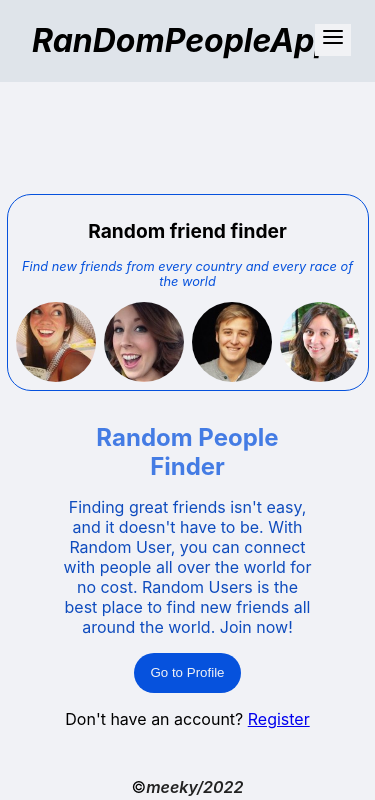
Repository: MikkyPrestige/RandomProfiles
Page: /
The author's editor kept a copy of each file at every save. The page is drawn from the files as they stood at one save, then again after the next save.
The browser window is 375 px wide. The pictures show the whole page.
The project was rebuilt for these pictures with package versions that can differ from the ones it lists, and the page was loaded fresh each time. Also part of the build but not shown: src/components/users.jsx, src/assets/styles/search.css, src/components/search.jsx, src/assets/styles/help.css, src/components/help.jsx, src/assets/styles/about.css, src/components/about.jsx, src/assets/styles/error.css and 9 more.

Above is the page before, as saved 2022-12-06 23:00:59.

### public/index.html
<!DOCTYPE html>
<html lang="en">

<head>
  <meta charset="utf-8" />
  <link rel="icon" href="%PUBLIC_URL%/favicon.ico" />
  <meta name="viewport" content="width=device-width, initial-scale=1" />
  <meta name="theme-color" content="#000000" />
  <meta name="description" content="Web site created using create-react-app" />
  <link rel="apple-touch-icon" href="%PUBLIC_URL%/logo192.png" />
  <!--
      manifest.json provides metadata used when your web app is installed on a
      user's mobile device or desktop. See https://developers.google.com/web/fundamentals/web-app-manifest/
    -->
  <link rel="manifest" href="%PUBLIC_URL%/manifest.json" />
  <!--
      Notice the use of %PUBLIC_URL% in the tags above.
      It will be replaced with the URL of the `public` folder during the build.
      Only files inside the `public` folder can be referenced from the HTML.

      Unlike "/favicon.ico" or "favicon.ico", "%PUBLIC_URL%/favicon.ico" will
      work correctly both with client-side routing and a non-root public URL.
      Learn how to configure a non-root public URL by running `npm run build`.
    -->
  <title>AltSchool Assignment 2</title>
</head>

<body>
  <noscript>You need to enable JavaScript to run this app.</noscript>
  <div id="root"></div>
  <!--
      This HTML file is a template.
      If you open it directly in the browser, you will see an empty page.

      You can add webfonts, meta tags, or analytics to this file.
      The build step will place the bundled scripts into the <body> tag.

      To begin the development, run `npm start` or `yarn start`.
      To create a production bundle, use `npm run build` or `yarn build`.
    -->
</body>

</html>

### src/index.css
body {
  margin: 0;
  font-family: -apple-system, BlinkMacSystemFont, 'Segoe UI', 'Roboto', 'Oxygen',
    'Ubuntu', 'Cantarell', 'Fira Sans', 'Droid Sans', 'Helvetica Neue',
    sans-serif;
  -webkit-font-smoothing: antialiased;
  -moz-osx-font-smoothing: grayscale;
  background-color: #f1f2f6;
}

code {
  font-family: source-code-pro, Menlo, Monaco, Consolas, 'Courier New',
    monospace;
}

### src/App.jsx
import * as React from "react";
import { ErrorBoundary } from "react-error-boundary";
import { Route, Routes } from "react-router-dom";
import {
  Layout,
  Home,
  Users,
  Search,
  Help,
  About,
  Error,
  ErrorFallBack,
  Profile,
  ProfileDisplay,
  Register,
  UpdatePassword,
  Footer,
} from "./components";

const App = () => {
  return (
    <div className="App">
      <main>
        <ErrorBoundary FallbackComponent={ErrorFallBack}>
          <Layout />
          <Routes>
            <Route path="/" element={<Home />} />
            <Route path="users">
              <Route index element={<Users />} />
              <Route path=":id" element={<Search />} />
            </Route>
            <Route path="profile" element={<Profile />} />
            <Route path="profileDisplay" element={<ProfileDisplay />} />
            <Route path="register" element={<Register />} />
            <Route path="update" element={<UpdatePassword />} />
            <Route path="help" element={<Help />} />
            <Route path="about" element={<About />} />
            <Route path="*" element={<Error />} />
          </Routes>
        </ErrorBoundary>
        <Footer />
      </main>
    </div>
  );
};

export default App;

### src/components/index.js
export {  Layout, Back } from "./layout";
export { default as Home } from "./home";
export { default as Users } from "./users";
export { default as Search } from "./search";
export { default as Help } from "./help";
export { default as About } from "./about";
export { default as Error } from "./error";
export { default as ErrorFallBack } from "./errorFallback";
export { default as Profile } from "./profile";
export { default as ProfileDisplay } from "./profileDisplay";
export { default as Register } from "./register";
export { default as UpdatePassword } from "./update";
export { Footer } from "./avatar";

### src/components/layout.jsx
// LAYOUT COMPONENT - This component is for the App Layout that displays the Navigation bar in the app UI to the user when app is open

import { useState } from "react";
import { NavLink } from "react-router-dom";
import "../assets/styles/layout.css";
import { MdClose } from "react-icons/md";
import { FiMenu } from "react-icons/fi";

const CustomNavLink = ({ to, ...props }) => {
  let activeStyle = {
    textDecoration: "underline",
    color: "red",
  };

  return (
    <NavLink
      style={({ isActive }) =>
        isActive ? activeStyle : { textDecoration: "none" }
      }
      to={to}
      end
      {...props}
    />
  );
};

const LayoutSmall = () => {
  const [nav, setNav] = useState(false);

  const toggleNav = () => {
    setNav(!nav);
  };

  const closeNav = () => {
    setNav(false);
  };

  return (
    <div className="layout small">
      <header className="layout__header">
        <div className="layout__header--text">
          <h1 className="layout__header--title">RanDomPeopleApp</h1>
        </div>
        <nav className="layout__nav">
          <button onClick={toggleNav} className="layout--btn">
            {nav ? (
              <MdClose className="layout__btn--icon" />
            ) : (
              <FiMenu className="layout__btn--icon" />
            )}
          </button>
          <div className={`menuNav ${nav ? " showMenu" : ""}`}>
            <CustomNavLink
              to="/"
              end
              className="nav__item"
              onClick={() => closeNav()}
            >
              Home
            </CustomNavLink>
            <CustomNavLink
              to="profile"
              className="nav__item"
              onClick={() => closeNav()}
            >
              Users
            </CustomNavLink>
            <CustomNavLink
              to="about"
              className="nav__item"
              onClick={() => closeNav()}
            >
              About
            </CustomNavLink>
            <CustomNavLink
              to="help"
              className="nav__item"
              onClick={() => closeNav()}
            >
              Features
            </CustomNavLink>
          </div>
        </nav>
      </header>
    </div>
  );
};

const LayoutLarge = () => {
  return (
    <div className="layout large">
      <header className="layout__header">
        <div className="layout__header--text">
          <h1 className="layout__header--title">RanDomPeopleApp</h1>
        </div>
        <nav className="layout__nav">
          <div className="nav__items--large">
            <CustomNavLink to="/" className="nav__item--large">
              Home
            </CustomNavLink>
            <CustomNavLink to="profile" className="nav__item--large">
              Users
            </CustomNavLink>
            <CustomNavLink to="about" className="nav__item--large">
              About
            </CustomNavLink>
            <CustomNavLink to="help" className="nav__item--large">
              Features
            </CustomNavLink>
          </div>
        </nav>
      </header>
    </div>
  );
};

const Layout = () => {
  return (
    <div>
      <LayoutSmall />
      <LayoutLarge />
    </div>
  );
};

//  Navigate back home button
const Back = () => {
  const [isHover, setIsHover] = useState(false);

  const handleMouseEnter = () => {
    setIsHover(true);
  };

  const handleMouseLeave = () => {
    setIsHover(false);
  };

  const style = {
    border: "none",
    borderRadius: ".5rem",
    padding: " .5rem",
    fontSize: "1rem",
    fontWeight: "600",
    cursor: "pointer",
    backgroundColor: isHover ? "lightblue" : "rgb(0, 191, 255)",
    color: isHover ? "#f00" : "green",
  };

  return (
    <NavLink to="/" className="back__button">
      <button
        style={style}
        onMouseEnter={handleMouseEnter}
        onMouseLeave={handleMouseLeave}
      >
        Back ←{" "}
      </button>
    </NavLink>
  );
};

export { Layout, Back };

### src/components/home.jsx
// HOME COMPONENT - This component is the Home section of the app that displays app Home page on load and when the 'HOME' button in the header is clicked

import { Link, useNavigate } from "react-router-dom";
import "../assets/styles/home.css";
import { Avatar } from "./avatar";
import FirstFemale from "../assets/img/female-1.jpg";
import SecondFemale from "../assets/img/female-2.jpg";
import ThirdFemale from "../assets/img/female-3.jpg";
import FirstMale from "../assets/img/male-1.jpg";
import SecondMale from "../assets/img/male-2.jpg";

const Home = () => {
  const navigate = useNavigate();
  const getStarted = () => {
    navigate("/profileDisplay"); // Redirect the user to the users component when the get started button is clicked
  };

  return (
    <div className="home">
      <div className="home__container">
        <div className="desc">
          <h1 className="desc__heading">Random people finder</h1>
          <p className="desc__paragraph">
            Finding great friends isn't easy, and it doesn't have to be. With
            Random User, you can connect with people all over the world for no
            cost. Random Users is the best place to find new friends all around
            the world. Join now!
          </p>
          <button onClick={getStarted} className="desc__cta">
            Go to Profile
          </button>
          <p className="register__text">
            Don't have an account?{" "}
            <Link to="/register" className="register__link">
              Register
            </Link>
          </p>
        </div>
        <div className="home__wrapper">
          <h2 className="home__heading">Random friend finder</h2>
          <p className="home__text">
            Find new friends from every country and every race of the world
          </p>
          <div className="home__img">
            <Avatar
              image={FirstFemale}
              alt="Female One"
              style={{ width: "5rem", height: "5rem", borderRadius: "50%" }}
            />
            <Avatar
              image={SecondFemale}
              alt="Female Two"
              style={{ width: "5rem", height: "5rem", borderRadius: "50%" }}
            />
            <Avatar
              image={FirstMale}
              alt="Male One"
              style={{ width: "5rem", height: "5rem", borderRadius: "50%" }}
            />
            <Avatar
              image={ThirdFemale}
              alt="Female Three"
              style={{ width: "5rem", height: "5rem", borderRadius: "50%" }}
            />
            <div className="hidden">
            <Avatar
              image={SecondMale}
              alt="Male Two"
              style={{ width: "5rem", height: "5rem", borderRadius: "50%" }}
            />
            </div>
          </div>
        </div>
      </div>
    </div>
  );
};

export default Home;

### src/components/avatar.jsx
// AVATAR COMPONENT - This component is for the Images used in the app.

import "../assets/styles/layout.css";

export const Avatar = ({ image = "", alt = "", style = {} }) => {
  return (
    <div className="avatar">
      <img src={image} alt={alt} style={style} />
    </div>
  );
};

// FOOTER COMPONENT - for the attribution

export const Footer = () => {
  return (
    <div className="attribution">
      <footer>
        &copy;
        <a
          href="https://github.com/MeekyBerry"
          target="_blank"
          rel="noreferrer"
          className="footer"
        >
          meeky/2022
        </a>
      </footer>
    </div>
  );
};

### src/assets/styles/layout.css
.layout {
  background-color: #dfe4ea;
  width: 100%;
}

.layout__nav {
  display: flex;
  align-items: center;
  justify-content: space-between;
  position: relative;
  padding-right: 2rem;
}

.layout__header {
  display: flex;
  justify-content: space-between;
  align-items: center;
}

.layout__header--title {
  font-style: oblique;
  padding-left: 2rem;
}

.layout--btn {
  position: fixed;
  top: 1.5rem;
  right: 1.5rem;
  z-index: 10;
  background-color: #f1f2f5;
  border: none;
  font-size: 1.5rem;
  cursor: pointer;
}

.menuNav {
  position: fixed;
  top: 6rem;
  right: 0;
  width: 0;
  max-width: 10rem;
  height: 100%;
  background-color: #f1f2f5;
  z-index: 5;
  overflow: hidden;
}

.menuNav.showMenu {
  width: 100%;
  transition: all 2s ease-in;
  -webkit-transition: all 2s ease-in;
  -moz-transition: all 2s ease-in;
  -ms-transition: all 2s ease-in;
  -o-transition: all 2s ease-in;
}

.nav__items {
  display: flex;
  align-items: center;
  list-style: none;
  /* flex-wrap: wrap; */
}

.nav__item {
  font-size: 1.2rem;
  padding: 1rem;
  text-transform: uppercase;
  display: block;
  text-align: center;
  text-transform: uppercase;
  color: #0046dc;
}

.nav__item:hover {
  color: #7dd5c6;
}

.nav__items--large {
  display: flex;
  gap: 2rem;
}

.nav__item--large {
  text-transform: uppercase;
  font-size: 1.1rem;
  font-weight: 700;
  letter-spacing: .2rem;
  color: #0046dc;
}

.attribution {
  text-align: center;
}

.footer {
  color: #222;
  text-decoration: none;
  cursor: pointer;
  font-style: italic;
  font-weight: 600;
}

/* MEDIA QUERY TO HIDE THE NAVIGATION BAR HAMBURGER ON LARGE SCREENS */

@media screen and (min-width: 768px) {
  .small {
    display: none;
  }

  .large {
    display: block;
  }
}

@media screen and (max-width: 768px) {
  .small {
    display: block;
  }

  .large {
    display: none;
  }
}

@media screen and (max-width: 900px) {
  .nav__item--large {
    font-size: 1rem;
    margin-right: -.5rem;
  }

}

### src/assets/styles/home.css
.home {
  margin-top: 5rem;
  text-align: center;
  padding: 2rem;
}

.home__container {
  display: flex;
  justify-content: space-around;
  align-items: center;
  gap: 1rem;
}

.desc {
  width: 40%;
}

.desc__heading {
  font-size: 2rem;
  color: #0651ddbb;
  text-transform: capitalize;
}

.desc__paragraph {
  font-size: 1rem;
  color: #0f4cbe;
}

.desc__cta {
  background-color: #0652dd;
  color: #f1f2f6;
  padding: 0.8rem 1rem;
  border: none;
  border-radius: 1.5rem;
}

.desc__cta:hover {
  background-color: #0f4cbe;
}

.home__wrapper {
  border: 1px solid #0652dd;
  border-radius: 1.5rem;
  padding: 1rem;
  height: min-content;
}

.home__text {
  font-style: italic;
  color: #0652dd;
}

.home__img {
  display: flex;
  align-items: center;
  gap: 1rem;
}

.avatar {
  width: 5rem;
  height: 5rem;
  border-radius: 50%;
  -webkit-border-radius: 50%;
  -moz-border-radius: 50%;
  -ms-border-radius: 50%;
  -o-border-radius: 50%;
}

@media screen and (max-width: 900px) {
  .home__container {
    flex-direction: column-reverse;
  }

  .desc {
    width: 60%;
  }

  .desc__heading {
    font-size: 1.5rem;
  }
}

@media screen and (max-width: 600px) {
  .desc {
    width: 80%;
  }

  .home__img {
    gap: .5rem;
  }

  .hidden {
    display: none;
  }


  .home__text {
    font-size: .9rem;
  }

  .home__heading {
    font-size: 1.2rem;
  }

  .home__wrapper {
    padding: .5rem;
  }
}

@media screen and (max-width: 500px) {
  .home__text {
    font-size: .8rem;
  }
}

### src/assets/styles/users.css
.users {
  background-color: #fff;
  border: 1px solid #ccc;
  border-radius: 0.5rem;
  padding: 1rem;
  margin: 1rem;
}

.users__container {
  display: flex;
  flex-direction: column;
  justify-content: center;
  align-items: center;
}

.users__heading {
  text-align: center;
  text-transform: uppercase;
  font-size: 1.5rem;
  font-weight: bold;
  margin-bottom: 1rem;
}

.users__list {
  list-style: none;
  padding: 2rem;
  margin: 1rem auto;
  width: 85%;
  display: grid;
  grid-template-columns: repeat(3, minmax(200px, 1fr));
  grid-gap: 3rem;
}

.user__items {
  border-bottom: 1px solid #ccc;
}

.user__item {
  background-color: #fff;
  border: 1px solid #ccc;
  border-radius: 0.5rem;
  padding: 1rem;
}

.user__img {
  width: 80%;
  border-radius: 10%;
  margin-left: 1rem;
}

/* BUTTON BELOW */
.btn__container {
  display: flex;
  justify-content: center;
  align-items: center;
}

.active:hover {
  background-color: #ced6e0;
  color: #1e90ff;
}

.active:active {
  background-color: #70a1ff;
  color: #ced6e0;
}

.btn__array {
  padding: 0.5rem;
  margin: 0.5rem;
  font-size: 1rem;
  border-radius: 0.5rem;
  border: none;
  cursor: pointer;
}

.search__box {
  display: flex;
  justify-content: center;
  align-items: center;
}

.search__link {
  background-color: #fff;
  border: 1px solid #ccc;
  color: #1e90ff;
  border-radius: 1rem;
  width: 18rem;
  padding: 0.5rem;
  margin: 1rem;
  font-size: 1rem;
  font-weight: bold;
  cursor: pointer;
  text-align: center;
  text-decoration: none;
  animation: search 1s ease-in-out infinite;
}

.search__link:hover {
  background-color: #1e90ff;
  color: #fff;
  animation: none;
}

.search__link:active {
  background-color: #70a1ff;
  color: #fff;
  animation: none;
}

@keyframes search {
  0% {
    transform: scale(1);
  }

  50% {
    transform: scale(1.2);
  }

  100% {
    transform: scale(1);
  }
}

Loaded but not shown: src/index.js (common file)

After the next save:
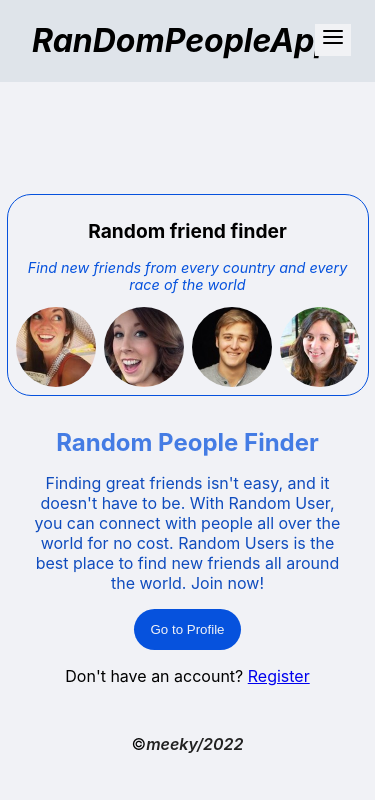
Saved 85 s later.
--- a/src/assets/styles/home.css
+++ b/src/assets/styles/home.css
@@ -108,7 +108,7 @@
 }
 
 @media screen and (max-width: 500px) {
-  .home__text {
-    font-size: .8rem;
+  .desc {
+    width: 100%;
   }
 }
